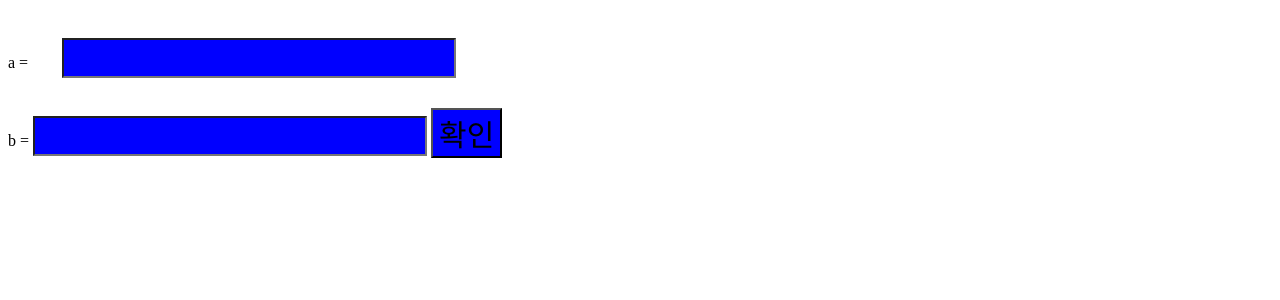
Repository: zero1128/20201113
Page: http://localhost/20201103/b.jsp
The author's editor kept a copy of each file at every save. The page is drawn from the files as they stood at one save, then again after the next save.
The browser window is 1280 px wide. The pictures show the whole page.
The page is served by Tomcat 9.

Above is the page before, as saved 2020-11-03 02:37:11.

After the next save:
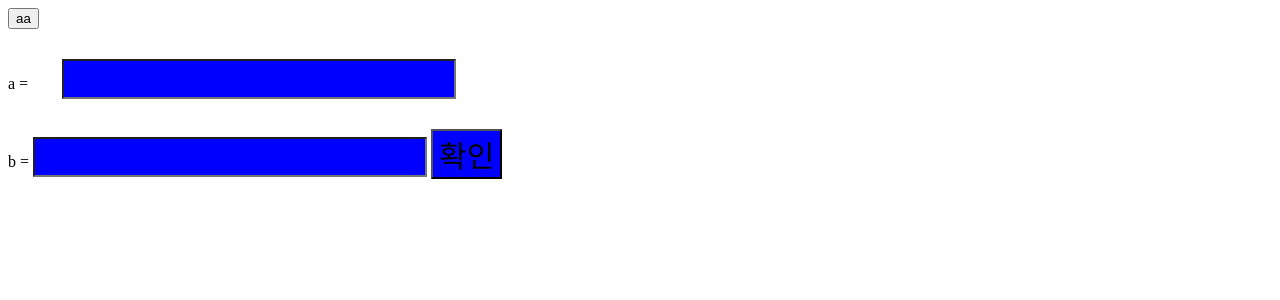
Saved 49 s later.
--- a/20201103/WebContent/b.jsp
+++ b/20201103/WebContent/b.jsp
@@ -14,8 +14,12 @@
 		margin: 30px;
 	}
 </style>
+<script type="text/javascript">
+
+</script>
 </head>
 <body>
+	<button id="abtn">aa</button>
 	<form action="BMove" method="get">
 		a = <input type="text" name="a" id="aa"/><br/>
 		b = <input type="text" name="b"/>
